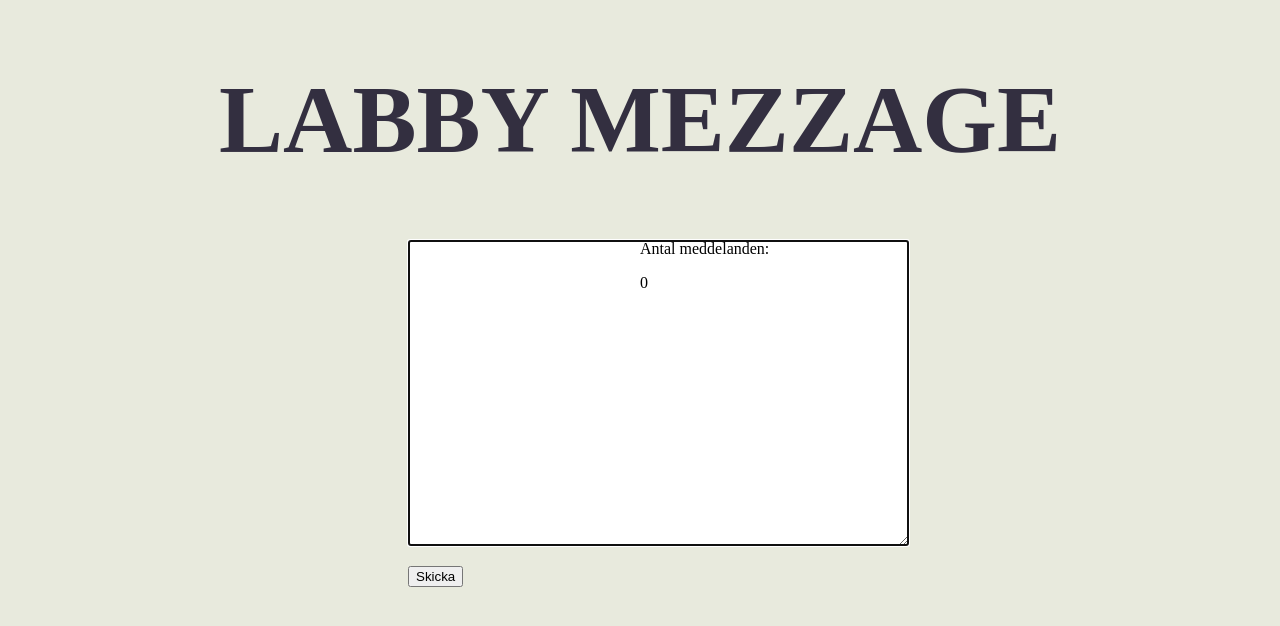
Repository: em222mt/1dv403-laborationer
Page: 2-labbymezzage/Index.html
The author's editor kept a record of every edit. The page is drawn from the files as they stood at one moment, then again after the next edit.
The browser window is 1280 px wide. The pictures show the whole page.

Above is the page before.

After the next edit:
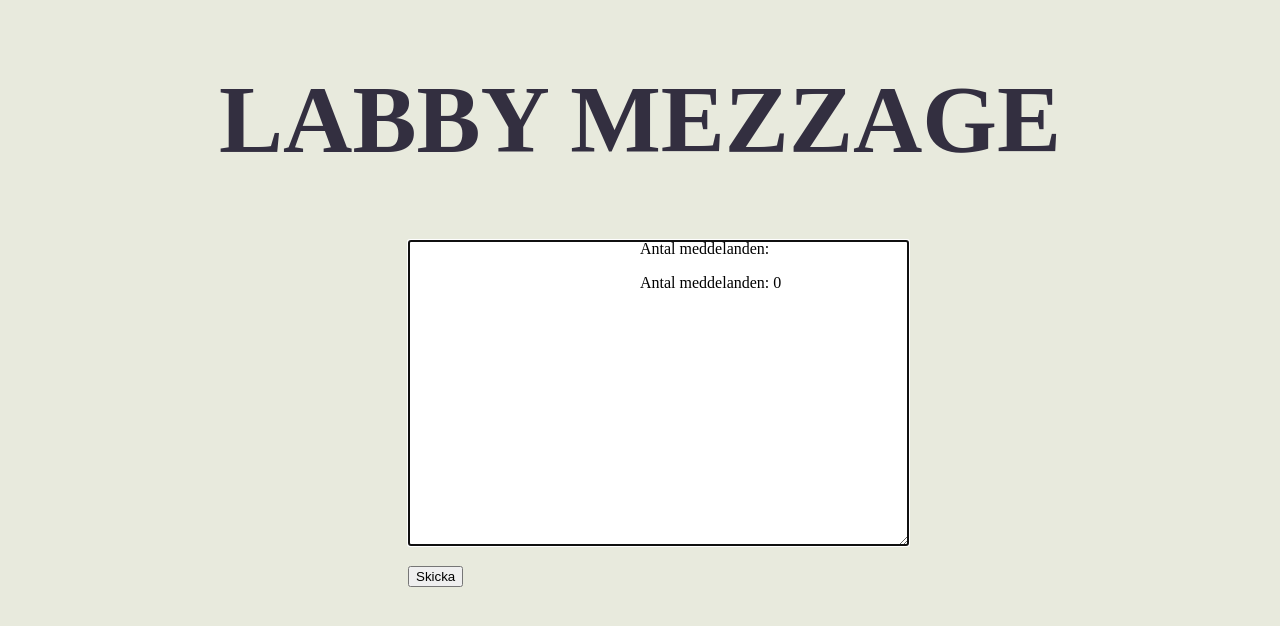
The edit:
--- a/2-labbymezzage/js/MessageBoard.js
+++ b/2-labbymezzage/js/MessageBoard.js
@@ -104,7 +104,7 @@
     // Sätter räknare för antalet meddelanden
     countMessages: function(){
         var counter = document.getElementById("counter");
-        counter.innerHTML = MessageBoard.messages.length;
+        counter.innerHTML = "Antal meddelanden: " + MessageBoard.messages.length;
     }
 
 };
